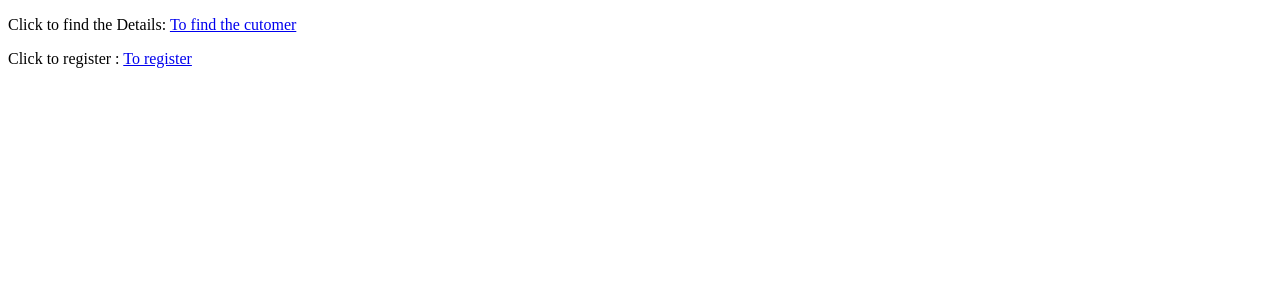
Repository: IshaMhashete/workspace2
Page: Hiber_Web/src/main/webapp/Option.html
These files come from the project's save history. The page is drawn as it stood at one moment and after the next save; the edit follows.
The browser window is 1280 px wide. The pictures show the whole page.

Above is the page before, as saved 2019-12-07 10:11:11.

### Hiber_Web/src/main/webapp/Option.html
<!DOCTYPE html>
<html>
<body>

<p>Click to find the Details: <a href="Find_Customer.html">To find the cutomer</a></p>
<p>Click to register : <a href="Hi.html">To register</a></p>

</body>
</html>

After the next save:
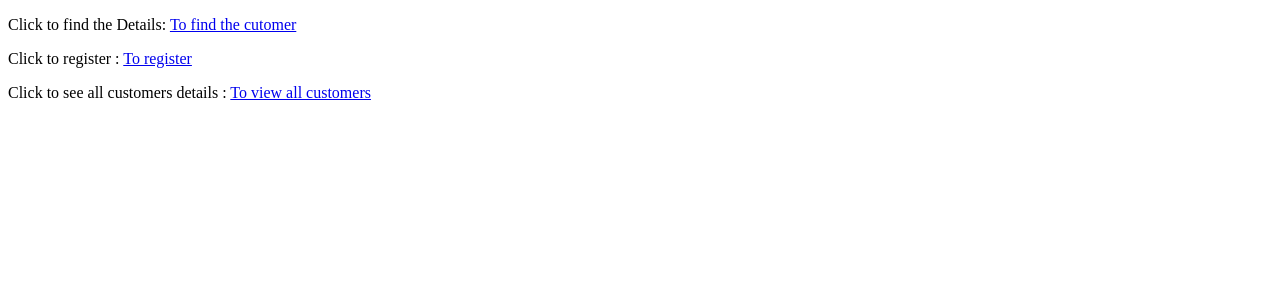
Saved 50 min 45 s later.
--- a/Hiber_Web/src/main/webapp/Option.html
+++ b/Hiber_Web/src/main/webapp/Option.html
@@ -4,6 +4,6 @@
 
 <p>Click to find the Details: <a href="Find_Customer.html">To find the cutomer</a></p>
 <p>Click to register : <a href="Hi.html">To register</a></p>
-
+<p>Click to see all customers details : <a href="All.html">To view all customers</a></p>
 </body>
 </html>
